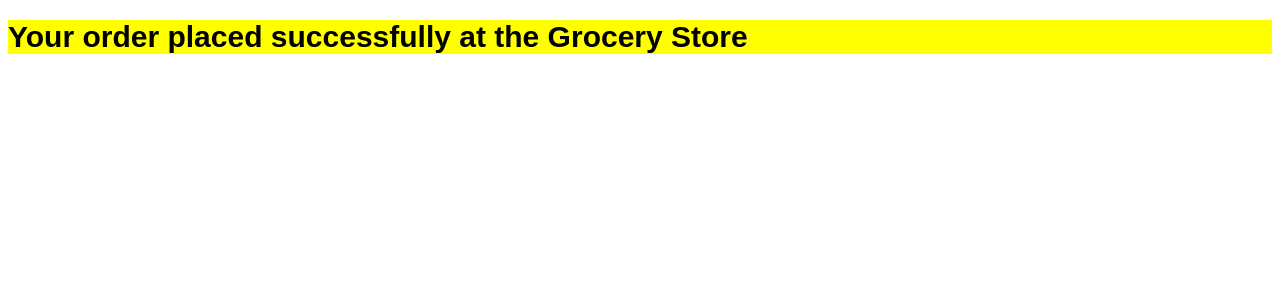
Repository: pournimapatil27/GroceryStoreMicroservice
Page: StoreLogin/src/main/resources/static/invalid.html
An editor plug-in stored every save of this project. The page is shown before and after the next save, followed by the edit.
The browser window is 1280 px wide. The pictures show the whole page.

Above is the page before, as saved 2021-11-29 16:29:30.

After the next save:
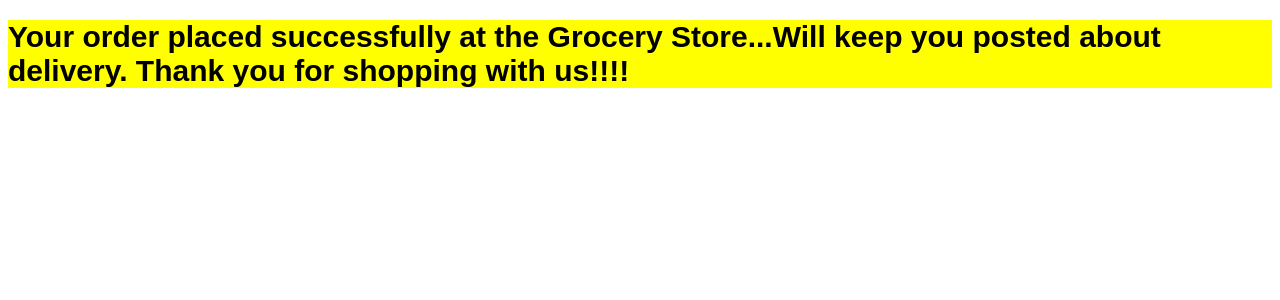
Saved 37 s later.
--- a/StoreLogin/src/main/resources/static/invalid.html
+++ b/StoreLogin/src/main/resources/static/invalid.html
@@ -7,6 +7,6 @@
       <title>Welcome to Grocery Store</title>
    </h:head>
    <h:body>
-      <h1 style="background-color:yellow;font-family:'Arial';font-size:30px">Your order placed successfully at the Grocery Store</h1>
+      <h1 style="background-color:yellow;font-family:'Arial';font-size:30px">Your order placed successfully at the Grocery Store...Will keep you posted about delivery. Thank you for shopping with us!!!!</h1>
    </h:body>
 </html>
